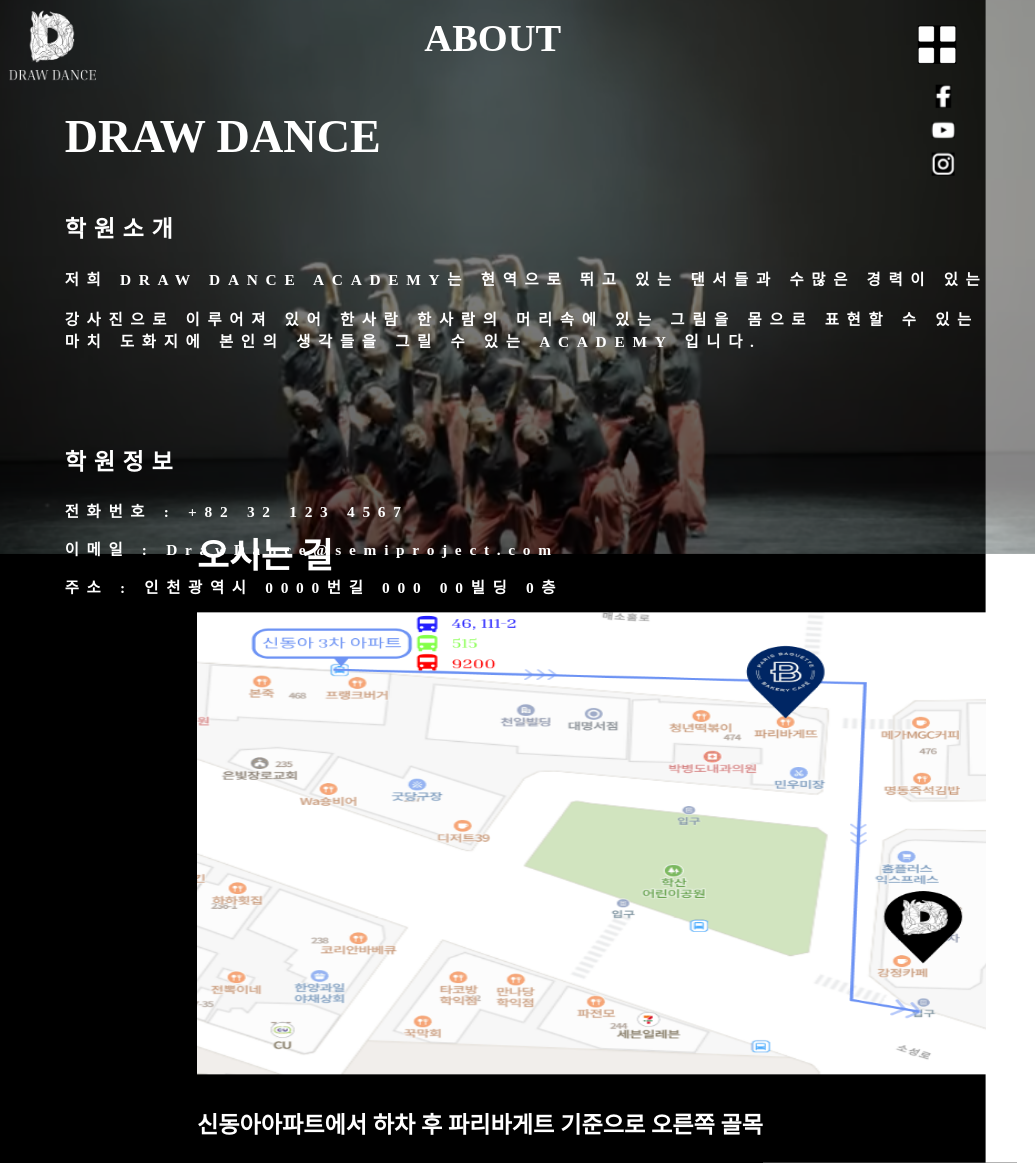
Repository: seonghun9906/semiProject
Page: http://localhost/drawAcademy/WEB-INF/views/headerMenu/about.jsp
An editor plug-in stored every save of this project. The page is shown before and after the next save, followed by the edit.
The browser window is 1280 px wide. The page is 1344 px wide, so the pictures cover 1344 px, including what lies to the right of the window. The pictures show the whole page, at 77% of full size.
The page is served by Tomcat 9. Nobody is signed in. Other server files are loaded and not shown. The template is opened directly, without the code that normally fills it, so the values that code supplies are empty.

Above is the page before, as saved 2024-02-28 06:52:50.

### drawAcademy/src/main/webapp/WEB-INF/views/headerMenu/about.jsp
<%@ page language="java" contentType="text/html; charset=UTF-8"
   pageEncoding="UTF-8"%>
<%@ taglib uri="http://java.sun.com/jsp/jstl/core" prefix="c"%>
<!DOCTYPE html>
<html>
<head>
<meta charset="UTF-8">
<title>수강신청 사이트</title>
<link rel="stylesheet" href="resources/css/about.css">
<script src="https://code.jquery.com/jquery-3.7.1.min.js"
   integrity="sha256-/JqT3SQfawRcv/BIHPThkBvs0OEvtFFmqPF/lYI/Cxo="
   crossorigin="anonymous"></script>

</head>
<body>
   <div class="bodyMain">
   <img src="resources/images/demitasse project.PNG" class=demitasse>
      <div class="title">
         ABOUT
      </div>
      <div class="middle-part">
         <p>DRAW DANCE</p>
         <div class="low-part">
         <p>학원소개</p>
         </div>
         <div class="lowLow-part">
         <p>저희 DRAW DANCE ACADEMY는 현역으로 뛰고 있는 댄서들과 수많은 경력이 있는<br><br> 강사진으로
          이루어져 있어
         	한사람 한사람의 머리속에 있는 그림을 몸으로 표현할 수 있는<br> 마치 도화지에 본인의 생각들을 그릴 수 있는
         	ACADEMY 입니다.</p>
         </div>
         <div class="low-part">
         <br>
         <br>
         <p>학원정보</p>
         </div>
         <div class="lowLow-part">
         <p>전화번호 : +82 32 123 4567</p>
         <p>이메일 : DrawDance@semiproject.com</p>
         <p>주소 : 인천광역시 0000번길 000 00빌딩 0층</p>
         </div>
      </div>
       <!-- 오시는길  -->
      <div class="mapInfo">
      	<div class="mapInfoText">
      		<p>오시는 길</p>
      <img src="resources/images/Map.png" class="map">
      		<div class="mapInfoTextImport">
      		<p>신동아아파트에서 하차 후 파리바게트 기준으로 오른쪽 골목</p>
      		</div>
      	</div>
      </div>
      <!-- 오시는길  end-->
      </div>


      <div class="headerMenu">
         <button class="Home-btn" onclick="location.href='./'">
            <img src="resources/images/lg.png" class="logo">
         </button>
      </div>
      <div id="menu-container">
         <img src="resources/images/menu.png" id="menuButton">
         <div id="rectangle">
            <br> <br>
            <button class="Home-btn" onclick="location.href='./'">
               <p>HOME</p>
            </button>
            <br> <br> <br>
            <button class="ABOUT-btn" onclick="location.href='./about'">
               <p>ABOUT</p>
            </button>
            <br> <br> <br>
            <button class="INSTRUCTORS-btn"
               onclick="location.href='./instructors'">
               <p>INSTRUCTORS</p>
            </button>
            <br> <br> <br>
            <button class="CLASS-btn" onclick="location.href='./classpage'">
               <p>CLASS</p>
            </button>
             <br> <br> <br>
              <button class="CONTACT-btn" onclick="location.href='./qboard'">
               <p>FAQ</p>
            </button>
            <br> <br> <br> <br> <br> <br> <br>
            <div class="smallWord">
               <button id="loginBtn" class="LOGIN-btn"
                  onclick="location.href='./login'">
                  <small>LOGIN</small>
               </button>
               <form id="logoutForm" action="logout" method="get">
                  <button class="LOGIN-btn" onclick="location.href='./'">
                     <small>LOGOUT</small>
                  </button>
               </form>
               <button id="signupBtn" class="SIGNUP-btn"
                  onclick="location.href='./signUp'">
                  <small>SIGN UP</small>
               </button>
               <button id="myPage" class="MYPAGE-btn"
                  onclick="location.href='./mypage'">
                  <small>MY PAGE</small>
               </button>
            </div>
            <br> <br>
            <div id="icon-container2">
               <a href="https://www.facebook.com"> <img
                  src="resources/images/facebookIcon.png" class="facebook">
               </a> <a href="https://www.youtube.com"> <img
                  src="resources/images/youtubeIcon.png" class="youtube">
               </a> <a href="https://www.instagram.com"> <img
                  src="resources/images/instagramIcon.png" class="instagram">
               </a>
            </div>
         </div>
      </div>
      <div id="icon-container">
         <a href="https://www.facebook.com"> <img
            src="resources/images/facebookIcon.png" class="facebook">
         </a> <a href="https://www.youtube.com"> <img
            src="resources/images/youtubeIcon.png" class="youtube">
         </a> <a href="https://www.instagram.com"> <img
            src="resources/images/instagramIcon.png" class="instagram">
         </a>
      </div>



</body>
<script>
   var rectangle = document.getElementById('rectangle');
   var menuButton = document.getElementById('menuButton');
   var iconContainer = document.getElementById('icon-container');
   var isRectangleVisible = false; // rectangle의 초기 상태를 정의 - 첫 메뉴 클릭 때 실행되지 않는 현상 해결

   menuButton.addEventListener('click', function() {
      if (!isRectangleVisible) {
         rectangle.style.display = 'block';
         iconContainer.style.display = 'none'; //메뉴 창이 나오면서 iconcontainer 사라지기
         isRectangleVisible = true; // rectangle이 보이는 상태로 설정
      } else {
         rectangle.style.display = 'none';
         iconContainer.style.display = 'flex';
         isRectangleVisible = false; // rectangle이 숨겨진 상태로 설정
      }
   });
</script>
<script>

document.addEventListener("DOMContentLoaded", function() {
  var loginBtn = document.getElementById("loginBtn");
  var logoutForm = document.getElementById("logoutForm");
  var signupBtn = document.getElementById("signupBtn");
  var myPageBtn = document.getElementById("myPage");

  var loggedInMember = '<%=session.getAttribute("login")%>';

      console.log("세션에 저장된 값: " + loggedInMember);
      // 여기서 로그인 여부를 확인하고 그에 따라 버튼을 표시하거나 숨깁니다.
      var isLoggedIn = loggedInMember !== 'null' && loggedInMember !== '';

      if (isLoggedIn) {
         loginBtn.style.display = "none";
         logoutForm.style.display = "block";
         signupBtn.style.display = "none";
         myPageBtn.style.display = "block";
      } else {
         loginBtn.style.display = "block";
         logoutForm.style.display = "none";
         signupBtn.style.display = "block";
         myPageBtn.style.display = "none";
      }
   });
</script>
</html>

### drawAcademy/src/main/webapp/resources/css/about.css

.mapInfo{
	margin-top : 50%;
	margin-left : 20%;
	z-index: 9999;
	position: relative; /* fixed에서 relative로 변경 */
    overflow: auto; /* 필요에 따라 추가 */

}

.map{
	width: 1250px;
	height: 600px;

}
.mapInfoText{
	font-size: 45px;
	font-weight: bold;
	color : white;
}
.mapInfoText p {
	left : 30px;
}

.mapInfoTextImport{
	font-size: 30px;
	font-weight: bold;
	color : white;

}
.demitasse {
    position: fixed;
    top: -50%;
    left: 0;
    width: 115%;
    height: 150%;
    z-index: 9997;
    object-fit: cover;
    opacity: 0.5; /* 0부터 1까지의 값으로 투명도를 지정합니다. 0은 완전 투명, 1은 완전 불투명입니다. */
}


.bodyMain {
  position: absolute;
   background-color: #000000;
   top: 0;
   left: 0;
   right: 0;
   width: 100%;
   min-height: 100vh; /* 최소 높이를 화면 높이로 설정 */

}
.title {
   width: 100%; /* 컨테이너의 너비를 화면 전체로 설정 */
   position: absolute; /* 화면 아래에 고정시킵니다. */
   text-align: center; /* 내부 텍스트를 가운데 정렬합니다. */
   padding: 20px; /* 내부 여백 설정 (예시) */
   box-sizing: border-box; /* 패딩이 포함된 전체 너비/높이 계산 */
   color: #ffffff;
   font-size: 50px;
   font-weight: bold;
     z-index: 9999;
}

.middle-part {
   width: 100%; /* 컨테이너의 너비를 화면 전체로 설정 */
   position: absolute; /* 화면 아래에 고정시킵니다. */
   text-align: left; /* 내부 텍스트를 가운데 정렬합니다. */
   padding: 20px; /* 내부 여백 설정 (예시) */
   box-sizing: border-box; /* 패딩이 포함된 전체 너비/높이 계산 */
   color: #ffffff;
   font-size: 60px;
   font-weight: bold;
   margin: 5%;
     z-index: 9999;
}

.headerMenu .Home-btn {
   position: absolute;
   background: none;
   border: none;
   padding: 0;
   cursor: pointer;
   width: auto; /* 이미지 크기에 맞게 자동으로 조정됨 */
   z-index: 9999;
}

.headerMenu .logo {
   width: 120px; /* 이미지가 버튼 내에서 꽉 차도록 설정 */
   height: auto; /* 이미지의 가로 세로 비율을 유지하면서 버튼에 맞게 조정 */
}

.facebook {
   width: 20px;
   height: 30px;
   z-index: 9999;
}

.youtube {
   width: 30px;
   height: 20px;
   z-index: 9999;
}

.instagram {
   width: 30px;
   height: 30px;
   z-index: 9999;
}

#menu-container {
   position: relative;
   z-index: 9999;
}

#menuButton {
   cursor: pointer;
   position: absolute;
   top: 25px;
   right: 30px; /* 오른쪽으로 이동 */
   display: flex;
   width: 50px;
   height: 50px;
   z-index: 9999;
}

#icon-container {
   position: absolute;
   top: 110px;
   right: 40px;
   display: flex;
   flex-direction: column; /* 세로 방향으로 아이콘을 나열 */
   align-items: center; /* 아이콘을 수직 중앙으로 정렬 */
   gap: 15px; /* 아이콘 사이의 간격 설정 */
   z-index: 9998;
}

#rectangle {
   /* 처음엔 숨겨져 있음 */
   position: absolute;
   top: 110px; /* toggleButton 바로 아래 위치 */
   right: 30px; /* menuButton과 같게 */
   width: 10.5%;
   min-height: 200px;
   color: black;
   background-color: black;
   display: none;
   border: 2px solid white;
   background-color: black;
   z-index: 9999;
}

#rectangle button {
   cursor: pointer;
   background-color: black;
   border: none;
   padding: 0.5em 0.5em; /* 위아래 0.5em, 좌우 1em으로 설정하여 버튼 크기를 내용에 맞게 조정 */
   color: white;
   font-size: 23px;
   gap: 15px;
}

#rectangle p {
   color: white;
   text-align: left;
   font-size: 24px;
   text-decoration: underline; /* 밑줄 */
   margin: 0px;
}

.smallWord {
   color: white;
   margin: 10px;
}

#icon-container2 {
   position: relative;
   right: -30px;
   display: flex;
   margin-bottom: 30px;
   flex-direction: row; /* 가로 방향으로 아이콘을 나열 */
   align-items: center; /* 아이콘을 수직 중앙으로 정렬 */
   gap: 15px; /* 아이콘 사이의 간격 설정 */
   z-index: 9998;
}

.instructor-container {
   width: 100%;
   position: fixed;
   bottom: 0;
   padding: 20px;
   display: flex;
   justify-content: space-around;
   flex-direction: row;
   box-sizing: border-box;
}

.instructor-container img {
   width: 200px;
   height: 200px;
   }

  .low-part {
  	color : white;
  	letter-spacing : 10px;
  	 font-size: 30px;
  	   z-index: 9999;
  }

  .lowLow-part{
  	width : auto;
  	text-align: left;
  	color : white;
  	letter-spacing : 10px;
  	font-size: 20px;
  	  z-index: 9999;
  }

After the next save:
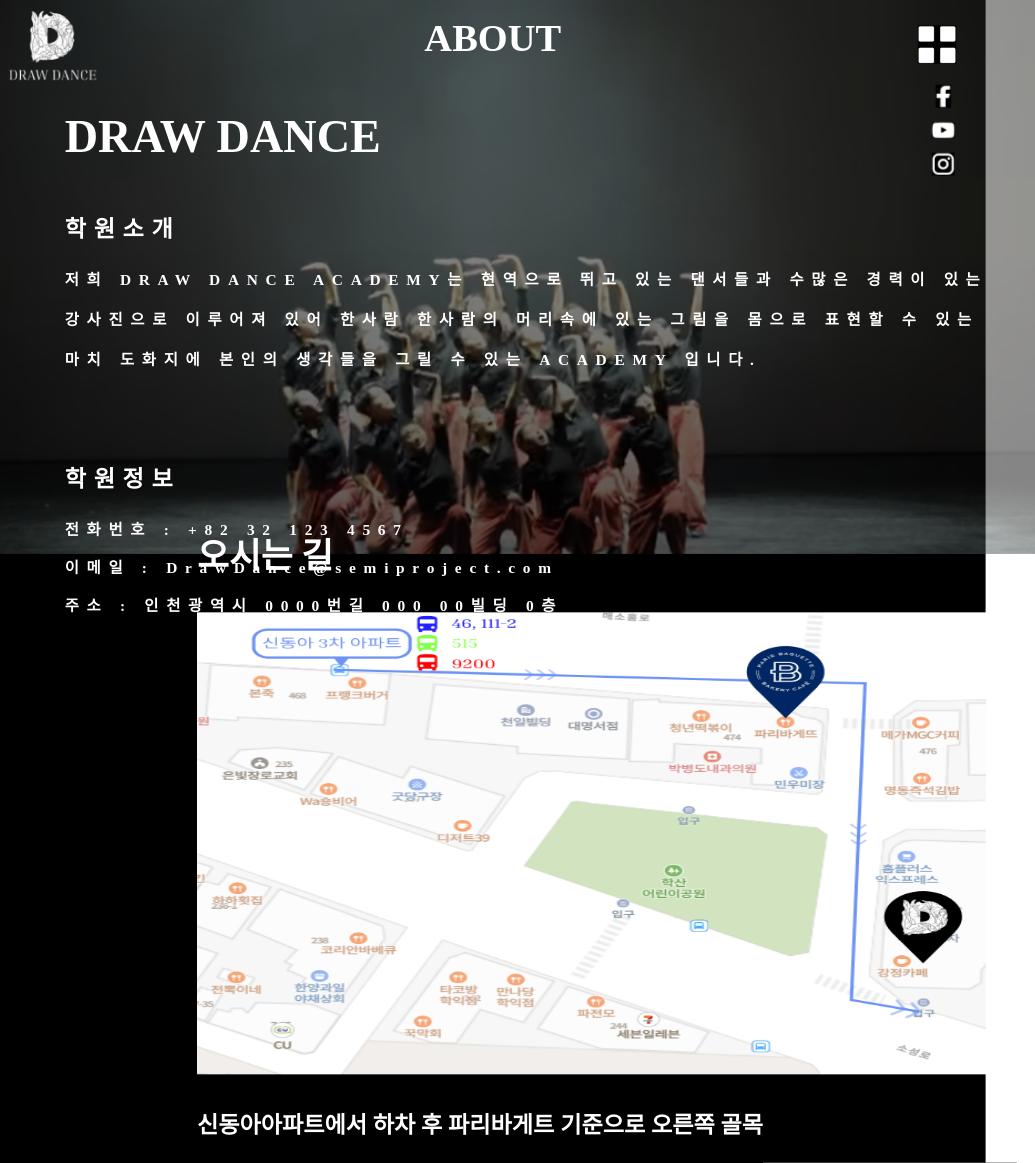
Saved 5 s later.
--- a/drawAcademy/src/main/webapp/WEB-INF/views/headerMenu/about.jsp
+++ b/drawAcademy/src/main/webapp/WEB-INF/views/headerMenu/about.jsp
@@ -26,7 +26,7 @@
          <div class="lowLow-part">
          <p>저희 DRAW DANCE ACADEMY는 현역으로 뛰고 있는 댄서들과 수많은 경력이 있는<br><br> 강사진으로
           이루어져 있어
-         	한사람 한사람의 머리속에 있는 그림을 몸으로 표현할 수 있는<br> 마치 도화지에 본인의 생각들을 그릴 수 있는
+         	한사람 한사람의 머리속에 있는 그림을 몸으로 표현할 수 있는<br><br> 마치 도화지에 본인의 생각들을 그릴 수 있는
          	ACADEMY 입니다.</p>
          </div>
          <div class="low-part">
